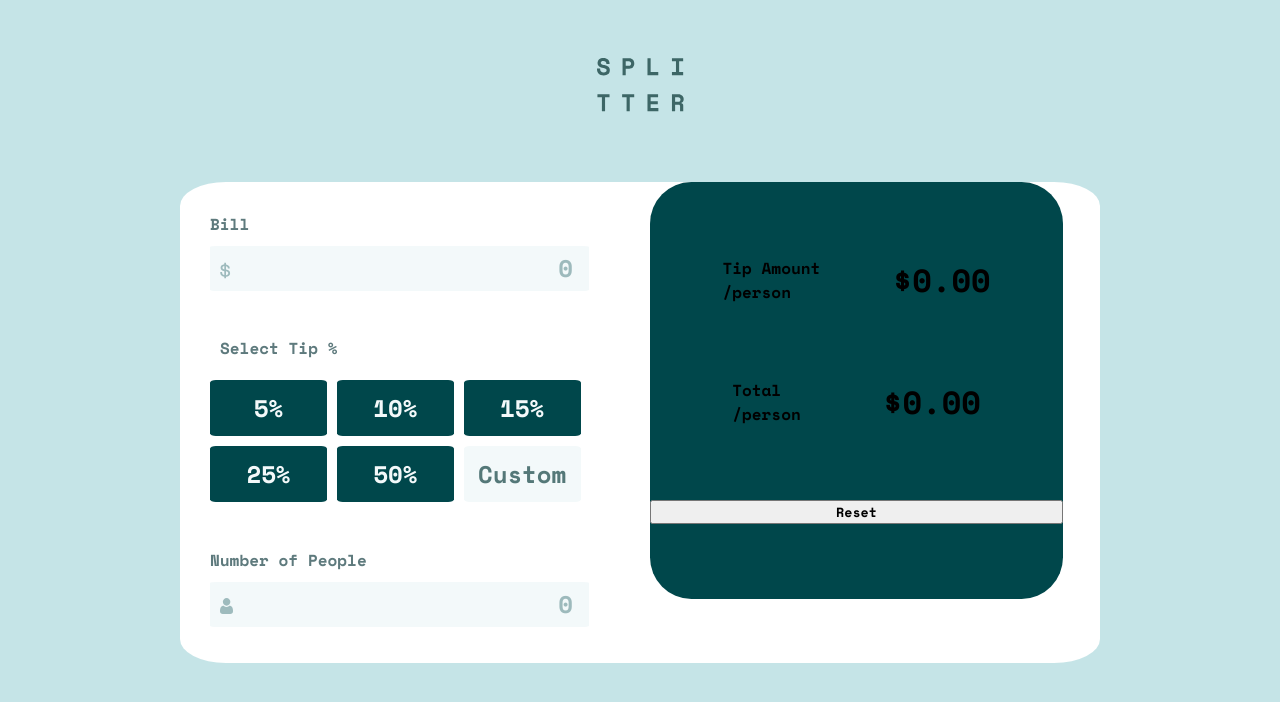
Repository: Arkitecth/tip-calculator
Page: index.html
An editor plug-in stored every save of this project. The page is shown before and after the next save, followed by the edit.
The browser window is 1280 px wide. The pictures show the whole page.

Above is the page before, as saved 2023-06-09 19:02:14.

### index.html
<!DOCTYPE html>
<html lang="en">
<head>
  <meta charset="UTF-8">
  <meta name="viewport" content="width=device-width, initial-scale=1.0"> <!-- displays site properly based on user's device -->

  <link rel="icon" type="image/png" sizes="32x32" href="./images/favicon-32x32.png">
  <link rel="stylesheet" href="styles.css">
  <title>Tip calculator app</title>

</head>
<body>

  <main>
    <img src="images/logo.svg" alt="logo">
      <div class="app">
        <div class="entry">
          <div class="bill-entry">
            <p>Bill</p>
            <img src="images/icon-dollar.svg" alt="dollar sign"><input class="entry-input" type="text" name="Bill" id="Bill" placeholder="0">
          </div>

          <div class="tip-entry">
            <p>Select Tip %</p>
            <input type="button" value="5%">
            <input type="button" value="10%">
            <input type="button" value="15%">
            <input type="button" value="25%">
            <input type="button" value="50%">
            <input class="custom" type="button" value="Custom">
          </div>

          <div class="people-entry">
            <p>Number of People</p>
            <img src="images/icon-person.svg" alt="person sign"><input class="entry-input" type="text" name="people-entry" id="people-entry" placeholder="0">
          </div>

        </div>

        <div class="result">
          <div class="tip">
            <p>Tip Amount
              <br>
              /person
            </p>
            <h1>$0.00</h1>

          </div>

          <div class="total">
            <p>Total
              <br>
              /person
            </p>
            <h1>$0.00</h1>
          </div>
          <button class="reset-button">Reset</button>
        </div>


  </div>
  </main>





</body>
</html>

### styles.css
@import url('https://fonts.googleapis.com/css2?family=Space+Mono:wght@700&display=swap');
* {
    margin: 0;
    padding: 0;
    font-family: 'Space Mono', monospace;
}

/* Main Styling */
body {
    background-color: #C5E4E7;

}

main {
    display: flex;
    flex-direction: column;
    justify-content: center;
    align-items: center;
    align-content: center;
    height: 100vh;
    gap: 70px;
}

/* App Styling */

.app {
    width: 920px;
    height: 481px;
    background-color: white;
    border-radius: 5%;
    display: grid;
    gap: 20px
    ;
    grid-template-columns: 1fr 1fr;
}

/* Entry Styling */

.entry {
    display: grid;
    padding-top: 30px;
    grid-template-rows: auto auto auto;
    padding-left: 30px;
    justify-content: center;
    color: #5E7A7D;
}

.entry p {
    margin-bottom: 10px;
}

.entry-input {
    background-color:#f3F9FA;
    width: 379px;
    height: 45px;
    border: none;
    border-radius: 2%;
    text-align: right;
    font-size: 1.5rem;
    color: #00474B;

}

.entry-input:focus {
    outline: none;
    border: 1px solid #26C2AE;

}

.entry-input::placeholder {
    text-align: right;
    font-size: 1.5rem;
    color:#00474B;
    opacity: 0.35;
    padding: 1rem;

}

/* Bill Styling */

.bill-entry {
    position: relative;
}

.bill-entry img {
    position: absolute;
    top: 50px;
    left: 10px;
}

/* Tip Entry */
.tip-entry p {
    padding: 10px;
}
.tip-entry input[type="button"] {
    width: 117px;
    padding: 10px;
    margin-bottom: 10px;
    background-color:#00474B;
    color: #f3F9FA;
    font-size: 1.5rem;
    border: none;
    border-radius: 5%;
    font-weight: 700;
}

.tip-entry input[type="button"]:active,.tip-entry input[type="button"]:hover {
    background-color: #26C2AE;
}
.tip-entry input[type="button"]:active {
    transform: translateY(4px);
}

.tip-entry input.custom {
    background-color: #F3F9FA;
    color:#547878;
}

/* People Entry Styling */
.people-entry {
    position: relative;
}
.people-entry img {
    position: absolute;
    top: 50px;
    left: 10px;
}

/* Result Styling */

.result {
    display: flex;
    flex-direction: column;
    background-color: #00474B;
    align-content: center;
    justify-content: space-evenly;
    border-radius: 10%;
    width: 413px;
    height: 417px;
}

.tip {
    display: flex;
    flex-direction: row;
    justify-content: space-evenly;
    align-content: center;
}

.total {
    display: flex;
    justify-content: space-evenly;
}

After the next save:
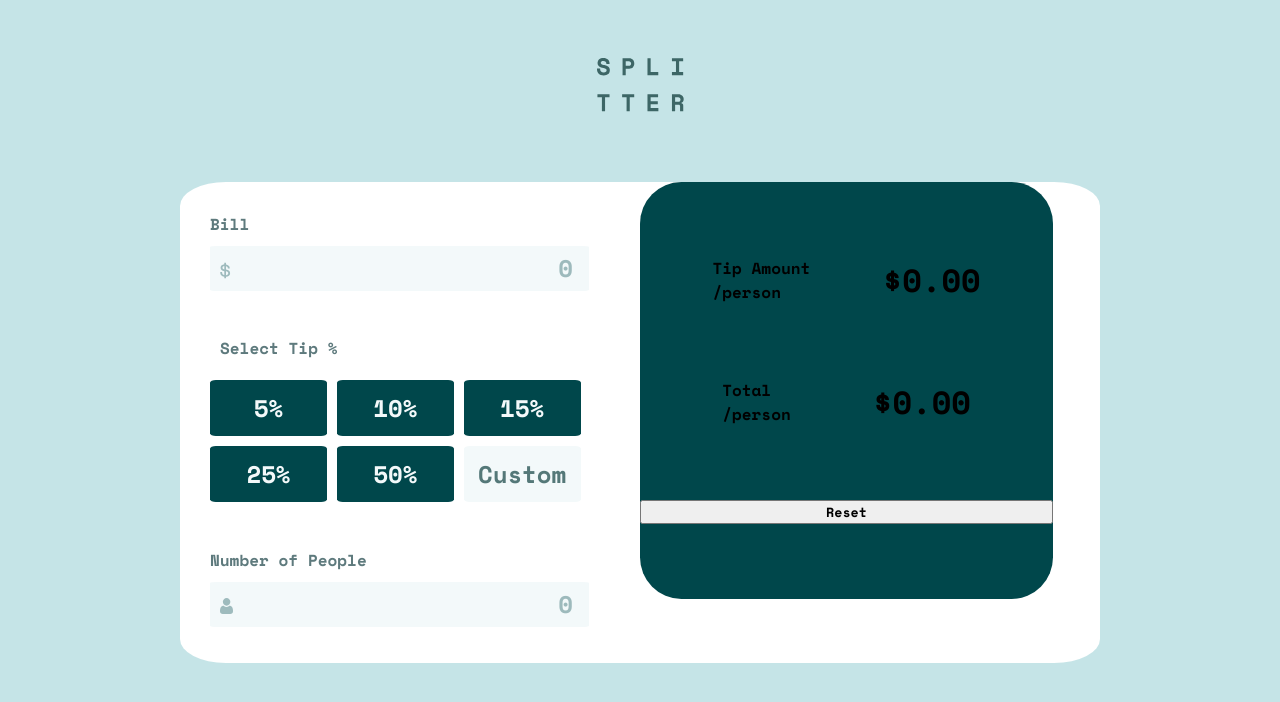
Saved 8 s later.
--- a/styles.css
+++ b/styles.css
@@ -29,8 +29,6 @@
     background-color: white;
     border-radius: 5%;
     display: grid;
-    gap: 20px
-    ;
     grid-template-columns: 1fr 1fr;
 }
 
